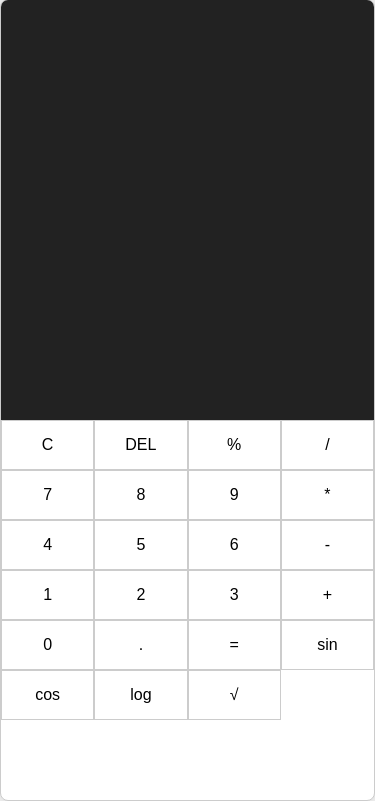
Repository: JuliusMonday/myCalculator
Page: index.html
An editor plug-in stored every save of this project. The page is shown before and after the next save, followed by the edit.
The browser window is 375 px wide. The pictures show the whole page.

Above is the page before, as saved 2024-05-31 08:38:44.

After the next save:
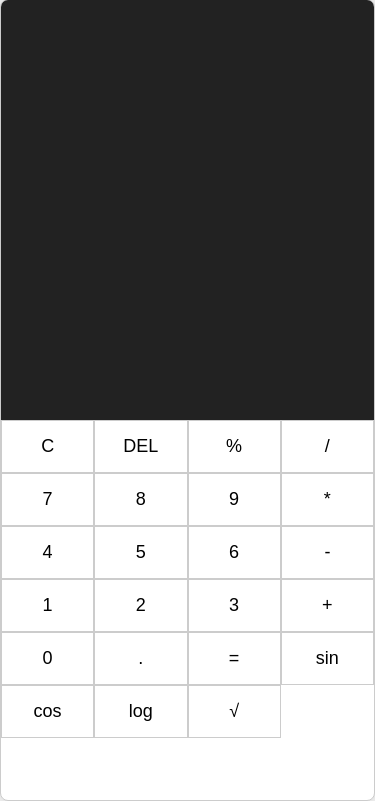
Saved 18 s later.
--- a/styles.css
+++ b/styles.css
@@ -78,6 +78,6 @@ button:active {
     }
     button {
         padding: 15px;
-        font-size: 16px;
+        font-size: 18px;
     }
 }
